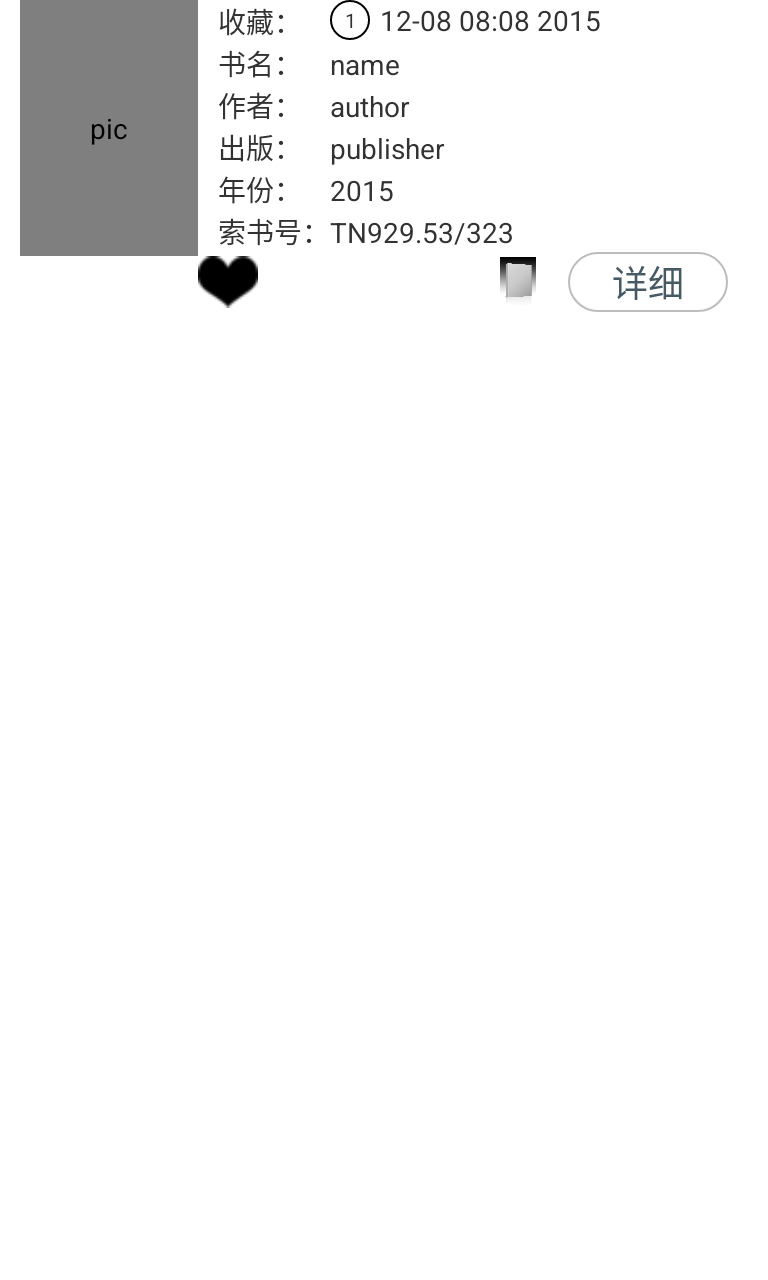
Repository: zhuyue1314/SysuLibrary
Layout: SysuLibrary-android/SysuMobileLibrary/res/layout/like_book_list_item.xml
An editor plug-in stored every save of this project. The layout is shown before and after the next save, followed by the edit.
Pictures or frames that could not be fetched are drawn as grey boxes. It is drawn on a 768 x 1280 px phone screen (xhdpi) without system bars, with theme AppTheme; the app's code is not run.

Above is the layout before, as saved 2015-12-29 14:31:53.

After the next save:
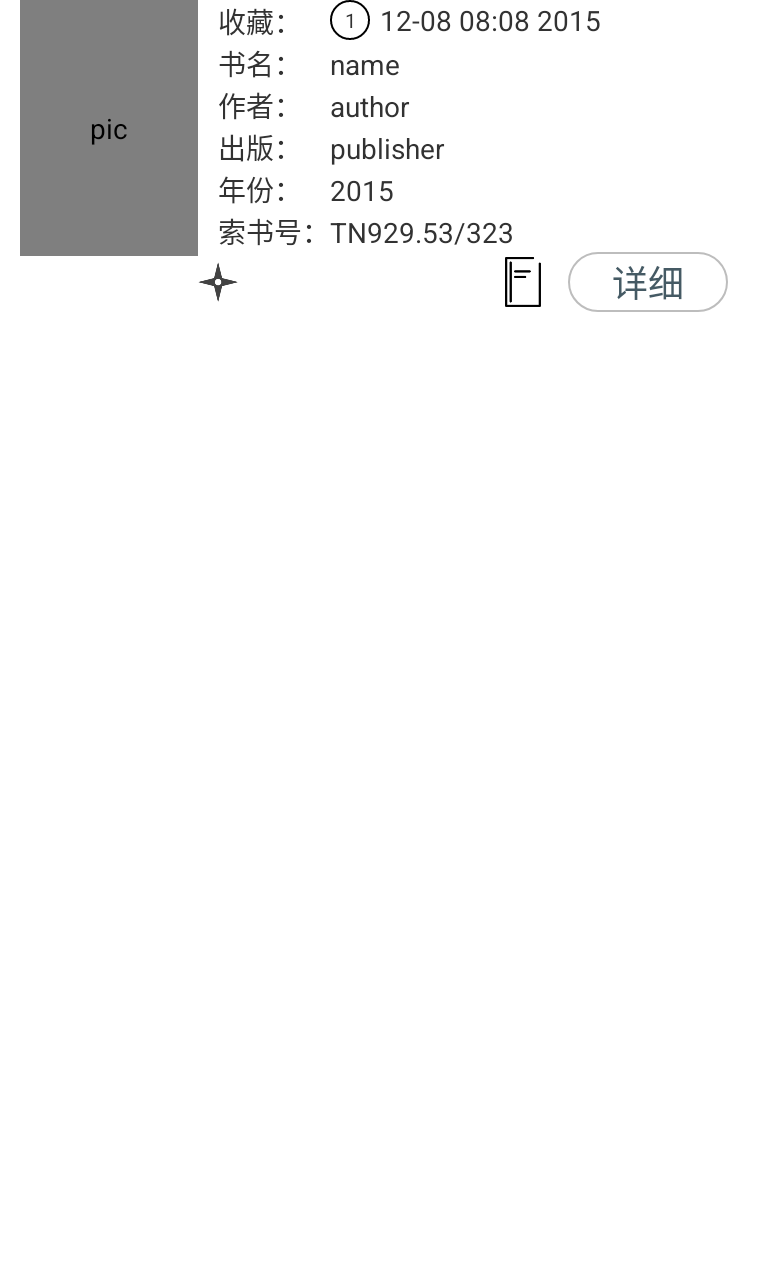
Saved 3 min 16 s later.
--- a/SysuLibrary-android/SysuMobileLibrary/res/layout/like_book_list_item.xml
+++ b/SysuLibrary-android/SysuMobileLibrary/res/layout/like_book_list_item.xml
@@ -157,11 +157,11 @@
 
                 <ImageView
                     android:id="@+id/iv_delete"
-                    android:layout_width="30dp"
-                    android:layout_height="30dp"
+                    android:layout_width="20dp"
+                    android:layout_height="20dp"
                     android:layout_alignParentLeft="true"
                     android:layout_centerVertical="true"
-                    android:src="@drawable/like" />
+                    android:src="@drawable/ic_delete" />
 
                 <TextView
                     android:id="@+id/tv_detail"
@@ -180,11 +180,11 @@
 
                 <ImageView
                     android:id="@+id/iv_note"
-                    android:layout_width="30dp"
+                    android:layout_width="25dp"
                     android:layout_height="25dp"
                     android:layout_centerVertical="true"
                     android:layout_toLeftOf="@id/tv_detail"
-                    android:src="@drawable/book_bg" />
+                    android:src="@drawable/ic_note" />
             </RelativeLayout>
         </LinearLayout>
     </LinearLayout>
